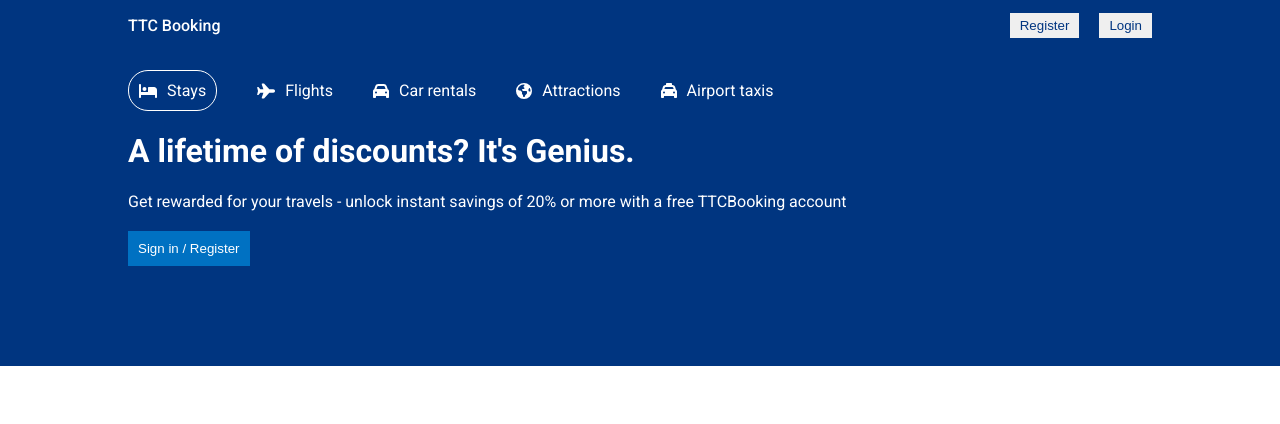
Repository: CarsonDev1/booking-app
Page: /
An editor plug-in stored every save of this project. The page is shown before and after the next save, followed by the edit.
The browser window is 1280 px wide. The pictures show the whole page.
The project was rebuilt for these pictures with package versions that can differ from the ones it lists, and the page was loaded fresh each time. Also part of the build but not shown: src/pages/home/home.css, src/pages/hotel/Hotel.jsx, src/pages/list/List.jsx.

Above is the page before, as saved 2022-12-03 00:49:35.

### public/index.html
<!DOCTYPE html>
<html lang="en">

<head>
  <meta charset="utf-8" />
  <link rel="icon" href="%PUBLIC_URL%/favicon.ico" />
  <meta name="viewport" content="width=device-width, initial-scale=1" />
  <meta name="theme-color" content="#000000" />
  <meta name="description" content="Web site created using create-react-app" />
  <link rel="apple-touch-icon" href="%PUBLIC_URL%/logo192.png" />
  <!--
      manifest.json provides metadata used when your web app is installed on a
      user's mobile device or desktop. See https://developers.google.com/web/fundamentals/web-app-manifest/
    -->
  <link rel="manifest" href="%PUBLIC_URL%/manifest.json" />
  <link rel="preconnect" href="https://fonts.googleapis.com">
  <link rel="preconnect" href="https://fonts.gstatic.com" crossorigin>
  <link
    href="https://fonts.googleapis.com/css2?family=Poppins:ital,wght@0,400;0,500;0,600;0,700;0,800;1,400;1,500;1,600;1,700&family=Roboto:ital,wght@0,300;0,400;0,500;0,700;1,300;1,400;1,500;1,700&display=swap"
    rel="stylesheet">
  <!--
      Notice the use of %PUBLIC_URL% in the tags above.
      It will be replaced with the URL of the `public` folder during the build.
      Only files inside the `public` folder can be referenced from the HTML.

      Unlike "/favicon.ico" or "favicon.ico", "%PUBLIC_URL%/favicon.ico" will
      work correctly both with client-side routing and a non-root public URL.
      Learn how to configure a non-root public URL by running `npm run build`.
    -->
  <title>React App</title>
</head>

<body>
  <noscript>You need to enable JavaScript to run this app.</noscript>
  <div id="root"></div>
  <!--
      This HTML file is a template.
      If you open it directly in the browser, you will see an empty page.

      You can add webfonts, meta tags, or analytics to this file.
      The build step will place the bundled scripts into the <body> tag.

      To begin the development, run `npm start` or `yarn start`.
      To create a production bundle, use `npm run build` or `yarn build`.
    -->
</body>

</html>

### src/index.css
body {
	margin: 0;
	padding: 0;
	box-sizing: border-box;
	font-family: "Roboto", sans-serif;
}

### src/App.js
import { BrowserRouter, Routes, Route } from "react-router-dom";
import Home from "./pages/home/Home";
import Hotel from "./pages/hotel/Hotel";
import List from "./pages/list/List";
function App() {
	return (
		<BrowserRouter>
			<Routes>
				<Route path="/" element={<Home />} />
				<Route path="/hotels" element={<List />} />
				<Route path="/hotels/:id" element={<Hotel />} />
			</Routes>
		</BrowserRouter>
	);
}

export default App;

### src/pages/home/Home.jsx
import Header from "../../components/header/Header";
import Navbar from "../../components/navbar/Navbar";
import "./home.css";

const Home = () => {
	return (
		<div>
			<Navbar />
			<Header />
		</div>
	);
};

export default Home;

### src/components/header/Header.jsx
import {
	faBed,
	faCar,
	faEarth,
	faMountain,
	faPlane,
	faTaxi,
} from "@fortawesome/free-solid-svg-icons";
import { FontAwesomeIcon } from "@fortawesome/react-fontawesome";
import "./header.css";

const Header = () => {
	return (
		<div className="header">
			<div className="headerContainer">
				<div className="headerList">
					<div className="headerListItem active">
						<FontAwesomeIcon icon={faBed} />
						<span>Stays</span>
					</div>
					<div className="headerListItem">
						<FontAwesomeIcon icon={faPlane} />
						<span>Flights</span>
					</div>
					<div className="headerListItem">
						<FontAwesomeIcon icon={faCar} />
						<span>Car rentals</span>
					</div>
					<div className="headerListItem">
						<FontAwesomeIcon icon={faEarth} />
						<span>Attractions</span>
					</div>
					<div className="headerListItem">
						<FontAwesomeIcon icon={faTaxi} />
						<span>Airport taxis</span>
					</div>
				</div>
				<h1 className="headerTitle">
					A lifetime of discounts? It's Genius.
				</h1>
				<p className="headerDesc">
					Get rewarded for your travels - unlock instant savings of
					20% or more with a free TTCBooking account
				</p>
				<button className="headerBtn">Sign in / Register</button>
			</div>
		</div>
	);
};

export default Header;

### src/components/navbar/Navbar.jsx
import "./navbar.css";

const NavBar = () => {
	return (
		<div className="navbar">
			<div className="navContainer">
				<span className="logo">TTC Booking</span>
				<div className="navItems">
					<button className="navButton">Register</button>
					<button className="navButton">Login</button>
				</div>
			</div>
		</div>
	);
};

export default NavBar;

### src/components/header/header.css
.header {
	background-color: #003580;
	color: white;
	display: flex;
	justify-content: center;
}
.headerContainer {
	width: 100%;
	max-width: 1024px;
	margin: 20px 0px 100px 0px;
}
.headerList {
	display: flex;
	gap: 40px;
}
.headerListItem {
	display: flex;
	align-items: center;
	gap: 10px;
}
.headerListItem.active {
	border: 1px solid white;
	padding: 10px;
	border-radius: 20px;
}
.headerDesc {
	margin: 20px 0px;
}
.headerBtn {
	background-color: #0071c2;
	color: white;
	font-weight: 500;
	border: none;
	padding: 10px;
	cursor: pointer;
}

### src/components/navbar/navbar.css
.navbar {
	height: 50px;
	background-color: #003580;
	display: flex;
	justify-content: center;
}
.navContainer {
	width: 100%;
	max-width: 1024px;
	color: white;
	display: flex;
	align-items: center;
	justify-content: space-between;
}
.logo {
	font-weight: 500;
}
.navButton {
	margin-left: 20px;
	border: none;
	padding: 5px 10px;
	cursor: pointer;
	color: #003580;
}

Loaded but not shown: src/index.js (common file)

After the next save:
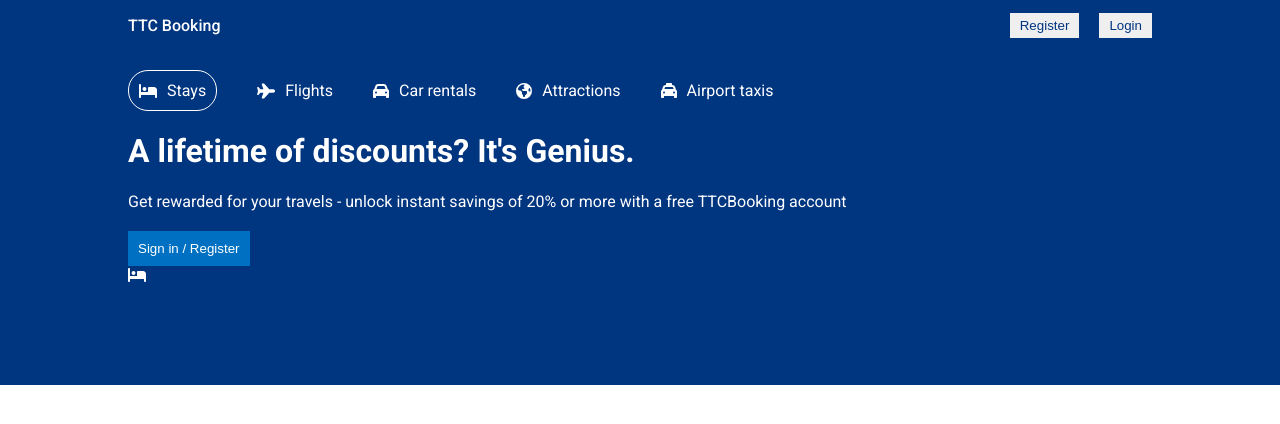
Saved 8 min 31 s later.
--- a/src/components/header/Header.jsx
+++ b/src/components/header/Header.jsx
@@ -43,6 +43,14 @@ const Header = () => {
 					20% or more with a free TTCBooking account
 				</p>
 				<button className="headerBtn">Sign in / Register</button>
+				<div className="headerSearch">
+					<div className="headerSearchItem">
+						<FontAwesomeIcon
+							icon={faBed}
+							className="headerIcon"
+						></FontAwesomeIcon>
+					</div>
+				</div>
 			</div>
 		</div>
 	);
